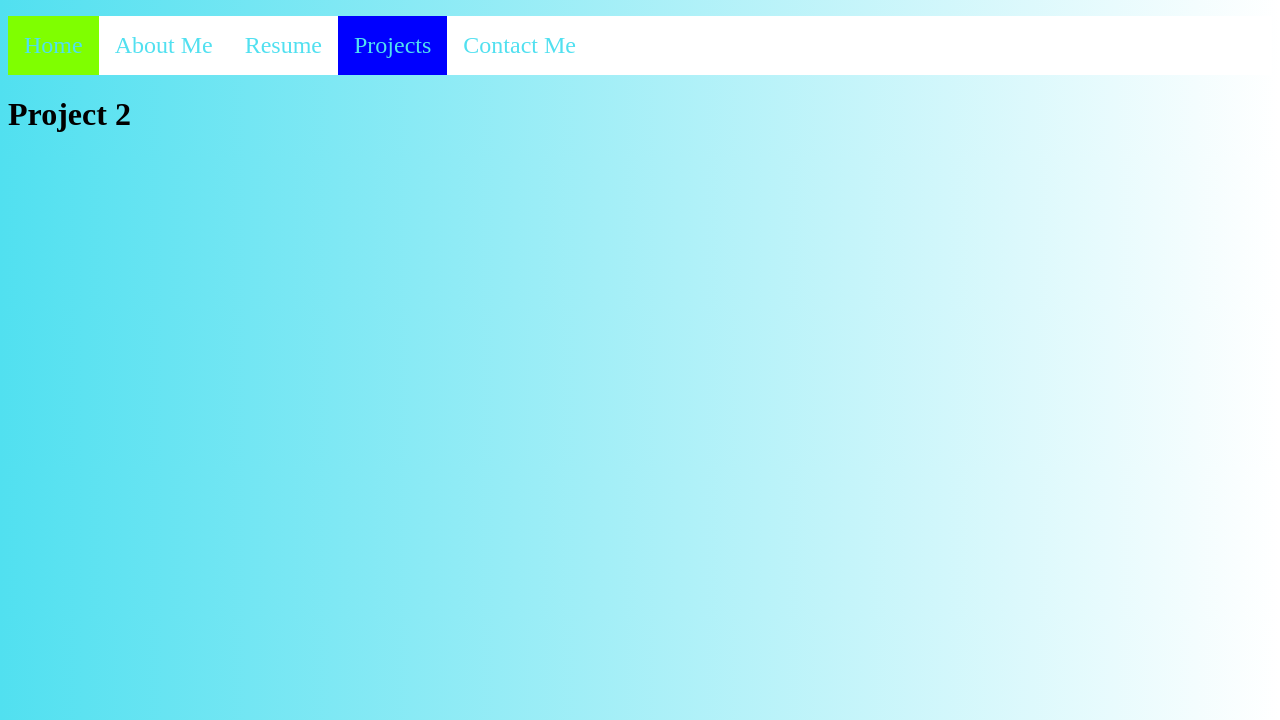
Repository: MasonSingleterry/MasonSingleterry.github.io
Page: project2.html
The author's editor kept a record of every edit. The page is drawn from the files as they stood at one moment, then again after the next edit.
The browser window is 1280 px wide. The pictures show the whole page.
The pointer rests on the first visible `.navbar li`.

Above is the page before.

### project2.html
<!DOCTYPE html>
<html>
    <head>
        <title>Project 2</title>
        <link rel = "stylesheet" type = "text/css" href = "style.css"
    </head>
    <body class = "body">
        <ul class = "navbar">
            <li><a href = "index.html">Home</a></li>
            <li><a href = "aboutme.html">About Me</a></li>
            <li><a href = "resume.html">Resume</a></li>
            <li class = "dropdown">
                <div class = "active">Projects</div>
                <ul class = "dropdown-content">
                    <li><a href = "project1.hmtl">project 1</a></li>
                    <li><a href = "project2.html">project 2</a></li>
                    <li><a href = "project3.html">project 3</a></li>
                </ul>
            </li>
            <li><a href = "contactme.html">Contact Me</a></li>
        </ul>
        <h1>Project 2</h1>
    </body>
</html>

### style.css
            .body {
                background-image: linear-gradient(90deg, #51e0f0,  #FFFFFF);
                color: #00000;
            }

            .navbar {
                list-style: none;
                background-color: #FFFFFF;
                overflow: hidden;
                padding: 0;
            }

            .navbar a, .dropdown div {
                text-decoration: none;
                color: #51e0f0;
                font-size: 24px;
                padding: 16px;
                display: inline-block;
            }

            .navbar li {
                float: left;
            }

            .navbar li:hover {
                background-color: #7FFF00;
            }

            .dropdown-content {
                list-style: none;
                padding: 0;
                display: none;
                position: absolute;
                Z-index: 1;
            }
            .dropdown-content li {
                background-color: #35383d;
                float: none;
            }

            .dropdown:hover .dropdown-content {
                display: block;
            }

            .active {
                background-color: blue;
            }

After the next edit:
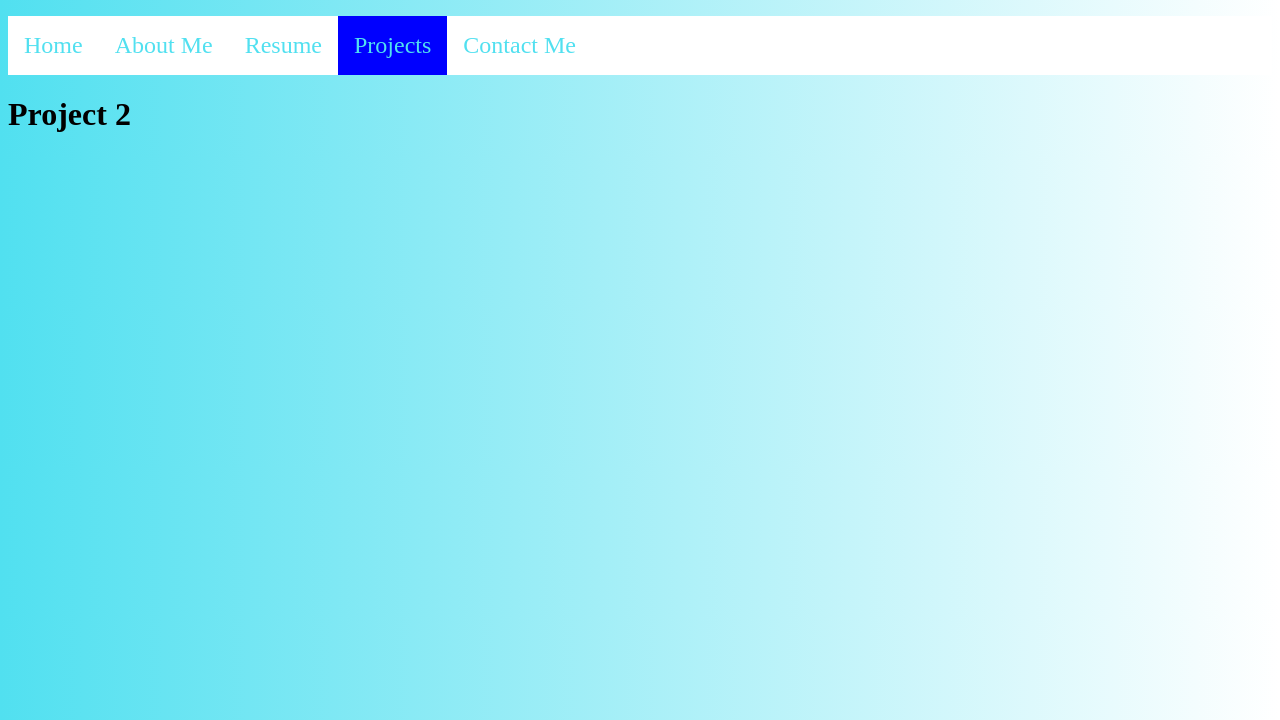
The edit:
--- a/style.css
+++ b/style.css
@@ -23,7 +23,7 @@
             }
 
             .navbar li:hover {
-                background-color: #7FFF00;
+                background-color: #FFFFFF;
             }
 
             .dropdown-content {
